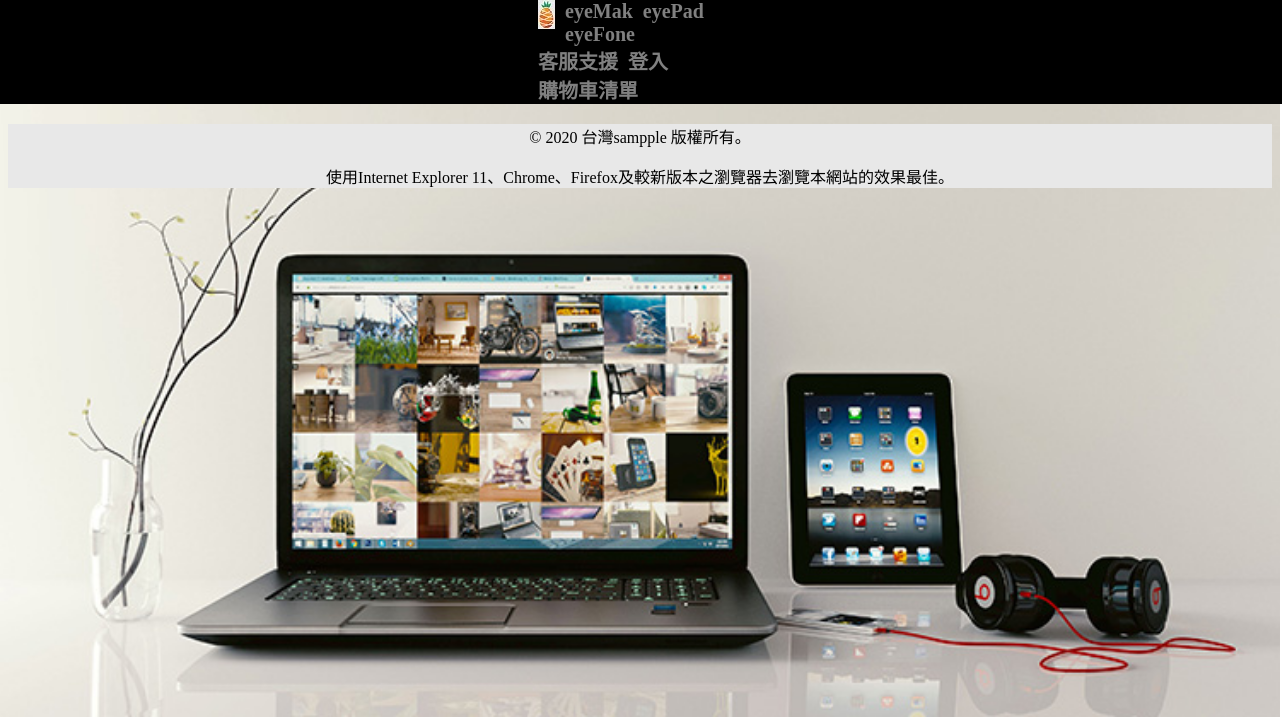
Repository: Vincent4142/NewFinalProject
Page: http://localhost/FinalProject/
The author's editor kept a copy of each file at every save. The page is drawn from the files as they stood at one save, then again after the next save.
The browser window is 1280 px wide. The page is 1282 px wide, so the pictures cover 1282 px, including what lies to the right of the window. The pictures show the whole page.
The page is served by Tomcat 9.

Above is the page before, as saved 2020-04-09 06:13:26.

After the next save:
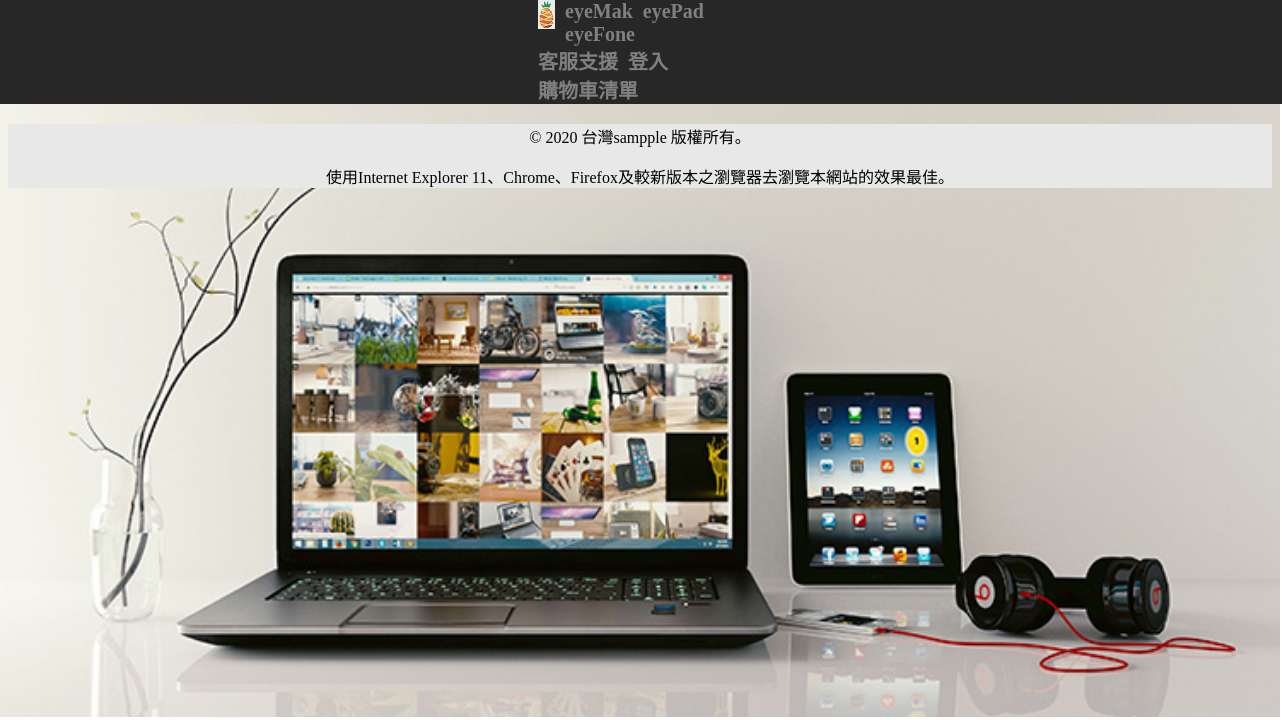
Saved 45 s later.
--- a/FinalProject/WebContent/fragment/indexTOP.jsp
+++ b/FinalProject/WebContent/fragment/indexTOP.jsp
@@ -13,7 +13,7 @@
 	margin-top: -20px;
 	margin-left: -10px;
 	margin-right: -10px;
-	background-color: black;
+	background-color: #272727;
 }
 /* 主UL */
 .navul {
